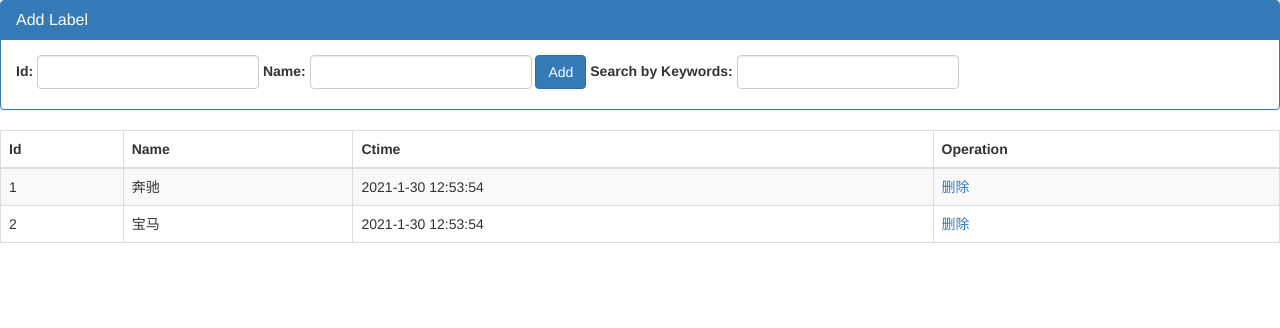
Repository: Devonzhang/FrontEnd
Page: VueStudyDay2/02品牌列表案例2.html
The author's editor kept a copy of each file at every save. The page is drawn from the files as they stood at one save, then again after the next save.
The browser window is 1280 px wide. The pictures show the whole page.

Above is the page before, as saved 2021-01-31 17:18:25.

After the next save:
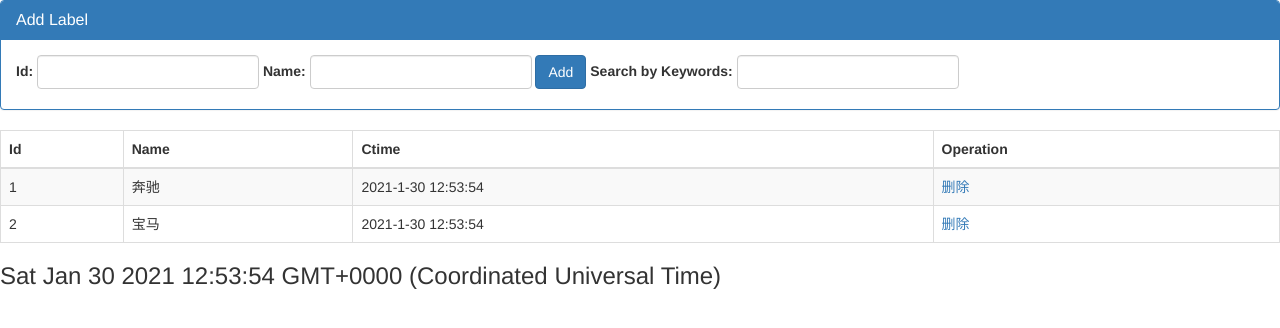
Saved 3 min 24 s later.
--- a/VueStudyDay2/02品牌列表案例2.html
+++ b/VueStudyDay2/02品牌列表案例2.html
@@ -53,6 +53,16 @@
                 </tr>
             </tbody>
         </table>
+
+    </div>
+
+
+    <div id="app2">
+        <h3>
+            {{dt}}
+        </h3>
+
+
 
     </div>
     <script>
@@ -158,6 +168,17 @@
 
             }
         })
+
+        var vm2 = new Vue({
+            el: '#app2',
+            data: {
+                dt: new Date()
+
+            },
+            methods: {
+
+            }
+        })
     </script>
 
 </body>
